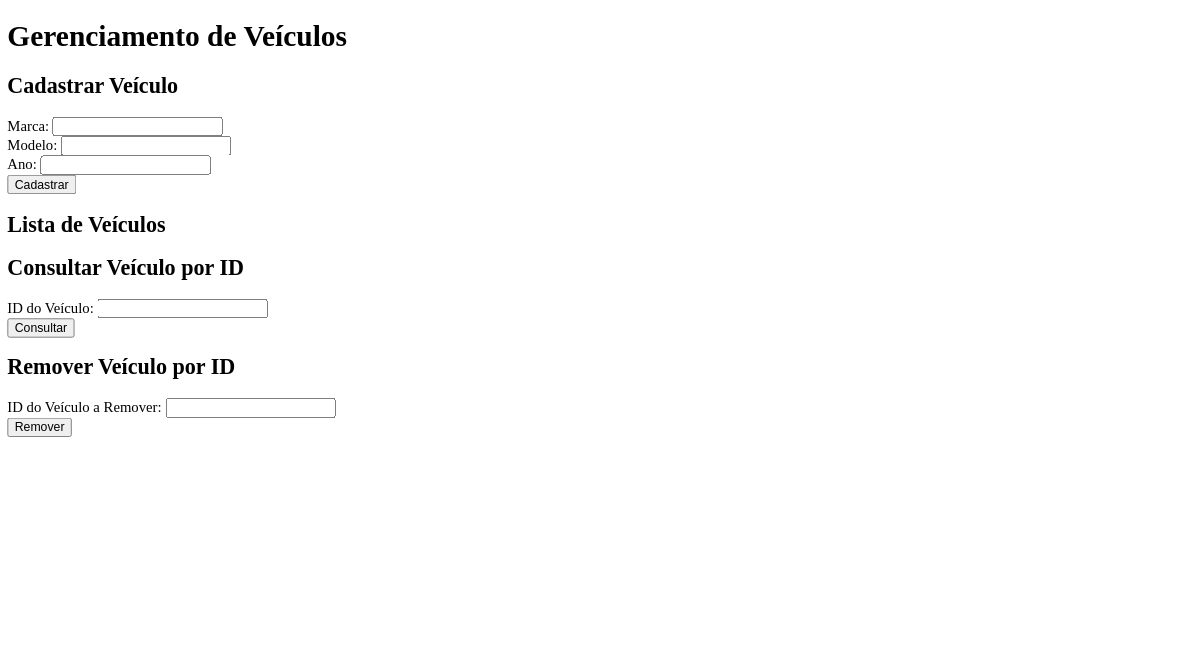
Repository: joaomadeira1208/Exercicio3
Page: veiculos/src/main/resources/index.html
An editor plug-in stored every save of this project. The page is shown before and after the next save, followed by the edit.
The browser window is 1280 px wide. The pictures show the whole page, at 92% of full size.

Above is the page before, as saved 2023-09-14 21:42:37.

After the next save:
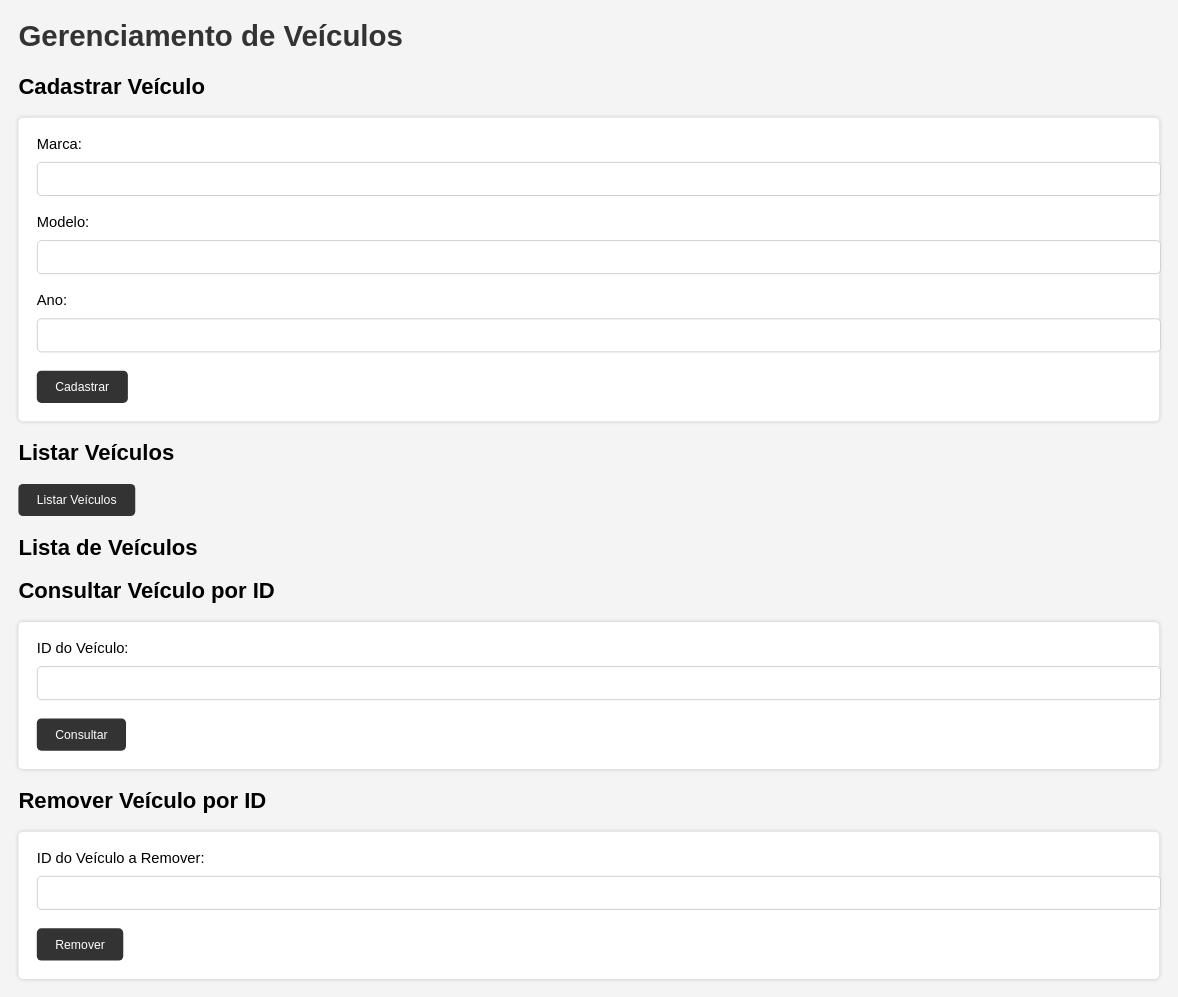
Saved 103 s later.
--- a/veiculos/src/main/resources/index.html
+++ b/veiculos/src/main/resources/index.html
@@ -2,6 +2,62 @@
 <html>
 <head>
     <title>Gerenciamento de Veículos</title>
+    <style>
+        /* Estilos CSS */
+        body {
+            font-family: Arial, sans-serif;
+            margin: 20px;
+            background-color: #f4f4f4;
+        }
+
+        h1 {
+            color: #333;
+        }
+
+        form {
+            background-color: #fff;
+            padding: 20px;
+            border-radius: 5px;
+            box-shadow: 0 0 5px rgba(0, 0, 0, 0.2);
+        }
+
+        label {
+            display: block;
+            margin-bottom: 10px;
+        }
+
+        input[type="text"],
+        input[type="number"] {
+            width: 100%;
+            padding: 10px;
+            margin-bottom: 20px;
+            border: 1px solid #ccc;
+            border-radius: 5px;
+        }
+
+        input[type="submit"],
+        button {
+            background-color: #333;
+            color: #fff;
+            padding: 10px 20px;
+            border: none;
+            border-radius: 5px;
+            cursor: pointer;
+        }
+
+        ul {
+            list-style-type: none;
+            padding: 0;
+        }
+
+        li {
+            background-color: #fff;
+            padding: 10px;
+            border: 1px solid #ccc;
+            margin-bottom: 10px;
+            border-radius: 5px;
+        }
+    </style>
 </head>
 <body>
     <h1>Gerenciamento de Veículos</h1>
@@ -20,6 +76,10 @@
 
         <input type="submit" value="Cadastrar">
     </form>
+
+    <!-- Botão para listar veículos -->
+    <h2>Listar Veículos</h2>
+    <button onclick="listarVeiculos()">Listar Veículos</button>
 
     <!-- Lista de veículos cadastrados -->
     <h2>Lista de Veículos</h2>
@@ -44,5 +104,11 @@
 
         <input type="submit" value="Remover">
     </form>
+
+    <script>
+        function listarVeiculos() {
+            // Você pode adicionar aqui a lógica para listar veículos na página
+        }
+    </script>
 </body>
 </html>
